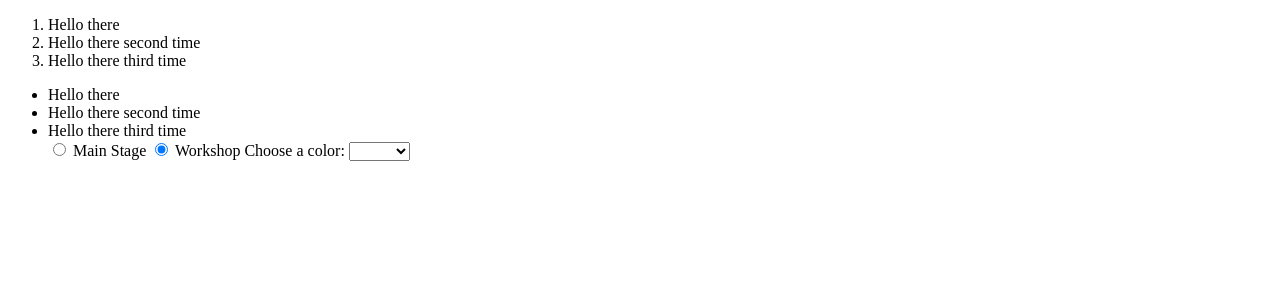
Repository: W0474997SteveArmstrong/udacity-frontenddeveloper-challenge
Page: lists.html
The author's editor kept a copy of each file at every save. The page is drawn from the files as they stood at one save, then again after the next save.
The browser window is 1280 px wide. The pictures show the whole page.

Above is the page before, as saved 2023-02-06 15:22:59.

### lists.html
<!DOCTYPE html>
<html lang="en">

<head>
    <meta charset="UTF-8">
    <meta http-equiv="X-UA-Compatible" content="IE=edge">
    <meta name="viewport" content="width=device-width, initial-scale=1.0">
    <title>Document</title>
</head>

<body>
    <ol>
        <li>Hello there</li>
        <li>Hello there second time</li>
        <li>Hello there third time</li>
    </ol>
    <ul>
        <li>Hello there</li>
        <li>Hello there second time</li>
        <li>Hello there third time</li>
        <input type="radio"/>
        <label for="">Main Stage</label>
        <input type="radio" checked/>
        <label for="">Workshop</label>

        <label for="color-select">Choose a color:</label>

        <select name="" id="color-select">
            <option value=""></option>
            <option value="Blue">Blue</option>
            <option value="Green">Green</option>
            <option value="Red">Red</option>
            <option value="Yellow">Yellow</option>
        </select>


    </ul>
</body>

</html>

After the next save:
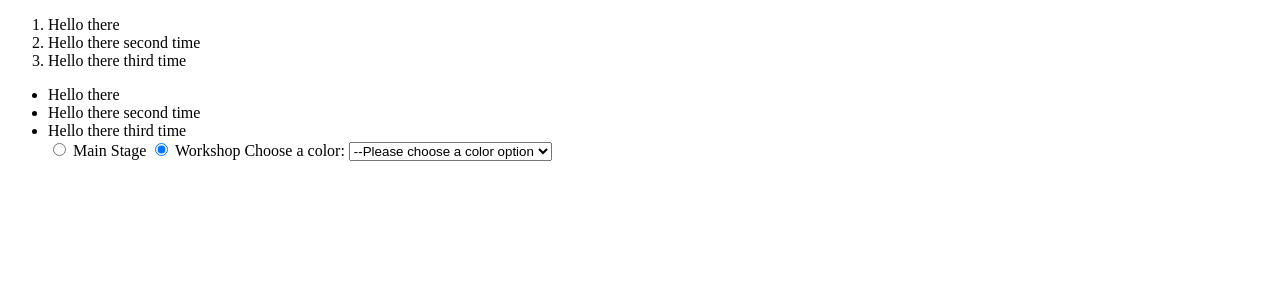
Saved 8 s later.
--- a/lists.html
+++ b/lists.html
@@ -26,7 +26,7 @@
         <label for="color-select">Choose a color:</label>
 
         <select name="" id="color-select">
-            <option value=""></option>
+            <option value="">--Please choose a color option</option>
             <option value="Blue">Blue</option>
             <option value="Green">Green</option>
             <option value="Red">Red</option>
